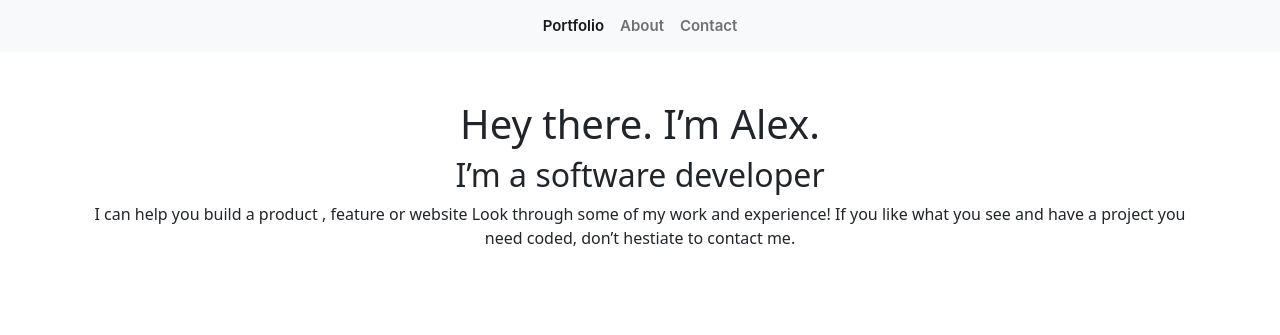
Repository: mustabbas/mustDico-Bootstrap
Page: index.html
The author's editor kept a copy of each file at every save. The page is drawn from the files as they stood at one save, then again after the next save.
The browser window is 1280 px wide. The pictures show the whole page.

Above is the page before, as saved 2021-08-25 20:35:40.

After the next save:
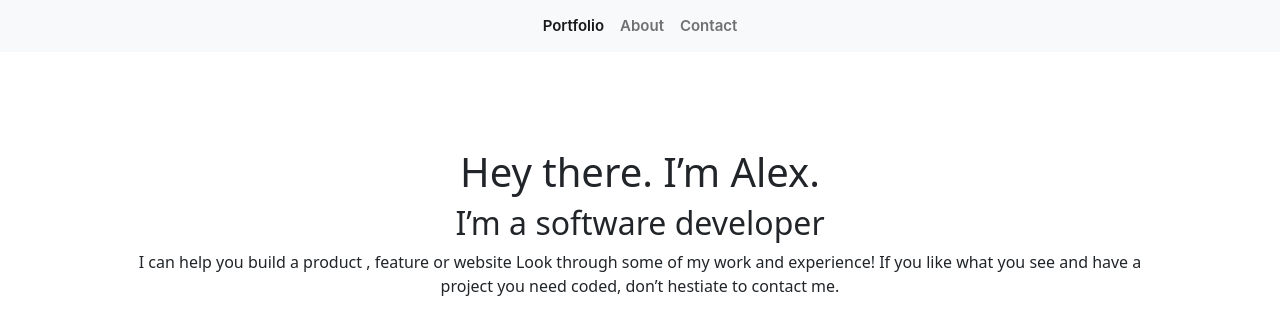
Saved 26 s later.
--- a/index.html
+++ b/index.html
@@ -30,7 +30,7 @@
           </div>
         </div>
       </nav>
-      <section class="container mt-5">
+      <section class="container mt-5 p-5">
             <h1 class="text-center">Hey there. I’m Alex.</h1>
             <h2 class="text-center">I’m a software developer</h2>
             <p class="text-center"> I can help you build a product , feature or website Look through some of my work and experience! If you like what you see and have a project you need coded,
